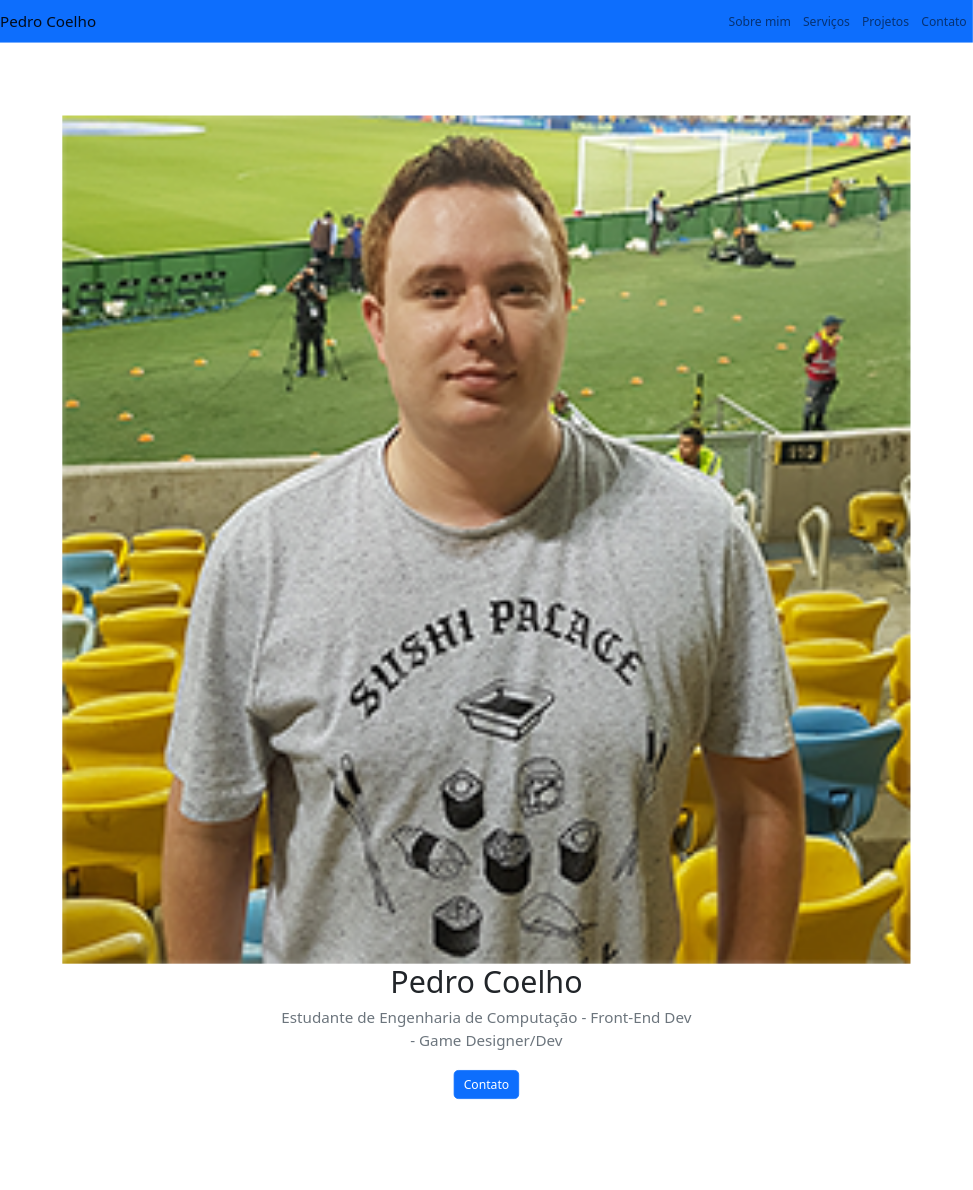
Repository: PedroHQCoelho/portfolio
Page: index.html
These files come from the project's save history. The page is drawn as it stood at one moment and after the next save; the edit follows.
The browser window is 1280 px wide. The pictures show the whole page, at 76% of full size.

Above is the page before, as saved 2022-05-24 20:06:10.

After the next save:
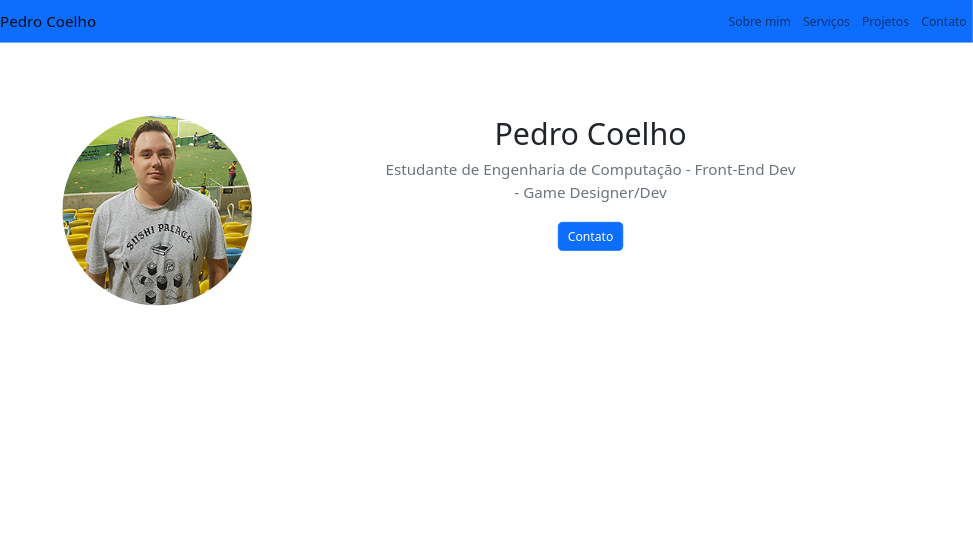
Saved 5 s later.
--- a/index.html
+++ b/index.html
@@ -41,7 +41,7 @@
 
     <section class="py-5 text-center container">
         <div class="row py-lg-5">
-            <img src="img/foto-quadrada.png" alt="foto pessoal">
+            <img class="foto-perfil" src="img/foto-quadrada.png" alt="foto perfil">
             <div class="col-lg-6 col-md-8 mx-auto">
             <h1 class="fw-light">Pedro Coelho</h1>
             <p class="lead text-muted">Estudante de Engenharia de Computação - Front-End Dev - Game Designer/Dev</p>
